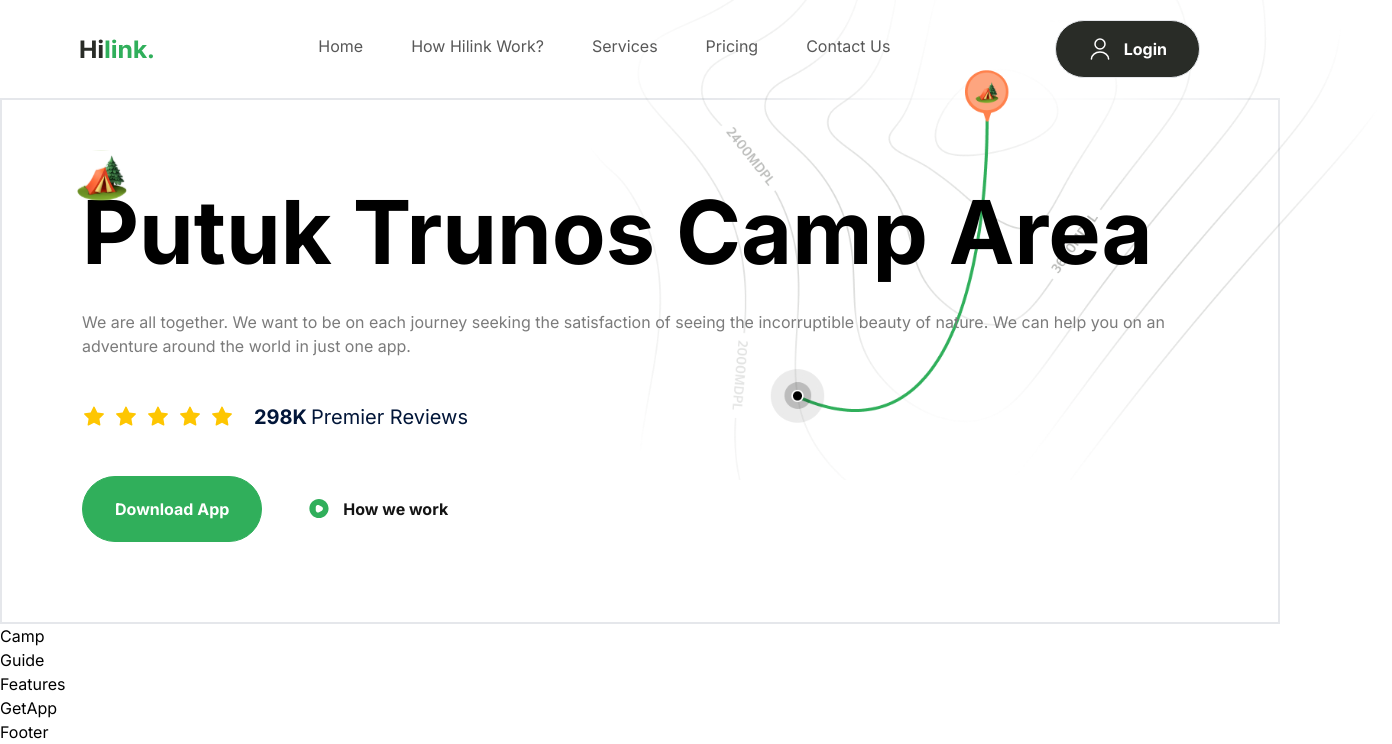
Repository: SouthpawC0der/Modern-reactsite
Page: /
An editor plug-in stored every save of this project. The page is shown before and after the next save, followed by the edit.
The browser window is 1280 px wide. The page is 1392 px wide, so the pictures cover 1392 px, including what lies to the right of the window. The pictures show the whole page.
The project was rebuilt for these pictures with package versions that can differ from the ones it lists, and the page was loaded fresh each time. The framework's server and built-in components were replaced by stand-ins that run in the browser. Also part of the build but not shown: next.config.ts.

Above is the page before, as saved 2025-01-30 11:38:38.

After the next save:
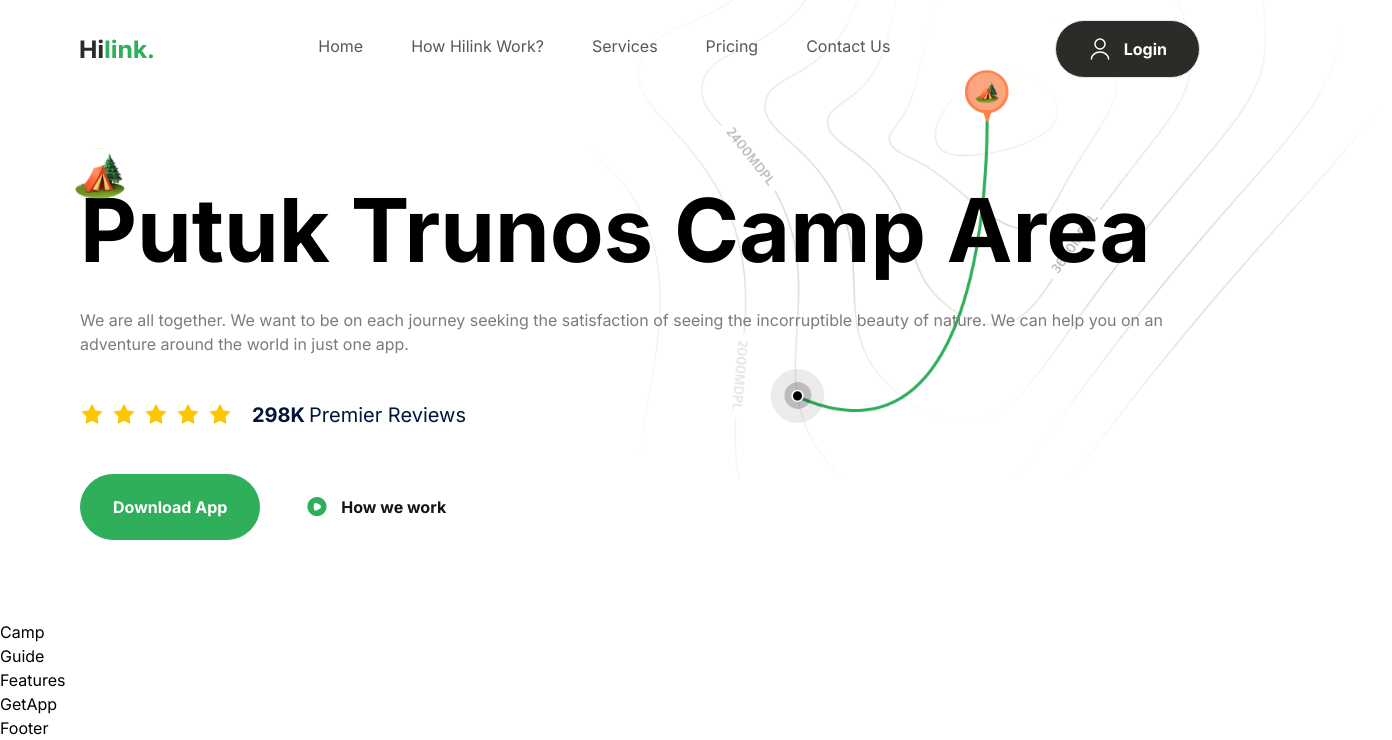
Saved 83 s later.
--- a/components/Hero.tsx
+++ b/components/Hero.tsx
@@ -5,7 +5,7 @@ import Button from './Button'
 const Hero = () => {
   return (
     <section className='max-container padding-container flex flex-col gap-20 py-10 pb-32 md:gap-28
-     lg:py-20 xl:flex-row border-2'>
+     lg:py-20 xl:flex-row '>
         <div className='hero-map' />
 
         <div className='relative z-10 flex flex-1 flex-col xl:w-1/2'>
